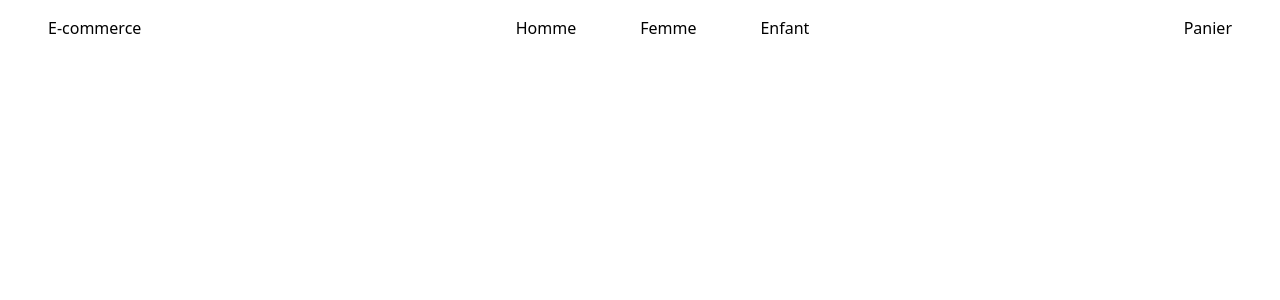
Repository: Adrien-legeleu/e-commerce
Page: / (app in frontend/)
An editor plug-in stored every save of this project. The page is shown before and after the next save, followed by the edit.
The browser window is 1280 px wide. The pictures show the whole page.
The project was rebuilt for these pictures with package versions that can differ from the ones it lists, and the page was loaded fresh each time. Also part of the build but not shown: frontend/vite.config.ts.

Above is the page before, as saved 2024-05-17 17:41:53.

### frontend/index.html
<!doctype html>
<html lang="en">
  <head>
    <meta charset="UTF-8" />
    <link rel="icon" type="image/svg+xml" href="/vite.svg" />
    <meta name="viewport" content="width=device-width, initial-scale=1.0" />
    <title>E-commerce</title>
  </head>
  <body>
    <div id="root"></div>
    <script type="module" src="/src/main.tsx"></script>
  </body>
</html>

### frontend/src/App.tsx
import { Header } from "./components";

const App = () => {
  return (
    <div>
      <Header />
    </div>
  );
};

export default App;

### frontend/src/components/Header.tsx
export const Header = () => {
  return (
    <div className="px-12 py-4 w-full  flex  justify-between items-center">
      <div className="">
        <h1>E-commerce</h1>
      </div>
      <ul className="flex items-center  gap-16">
        <li>Homme</li>
        <li>Femme</li>
        <li>Enfant</li>
      </ul>
      <div>
        <button>Panier</button>
      </div>
    </div>
  );
};

Loaded but not shown: frontend/src/main.tsx (common file); frontend/src/index.css (common file); frontend/src/components/index.ts (common file); frontend/tailwind.config.js (common file)

After the next save:
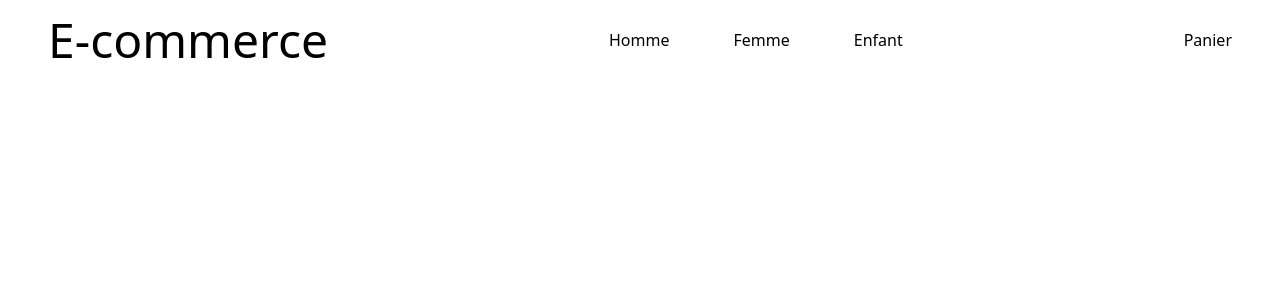
Saved 12 s later.
--- a/frontend/src/components/Header.tsx
+++ b/frontend/src/components/Header.tsx
@@ -2,7 +2,7 @@ export const Header = () => {
   return (
     <div className="px-12 py-4 w-full  flex  justify-between items-center">
       <div className="">
-        <h1>E-commerce</h1>
+        <h1 className="text-5xl">E-commerce</h1>
       </div>
       <ul className="flex items-center  gap-16">
         <li>Homme</li>
